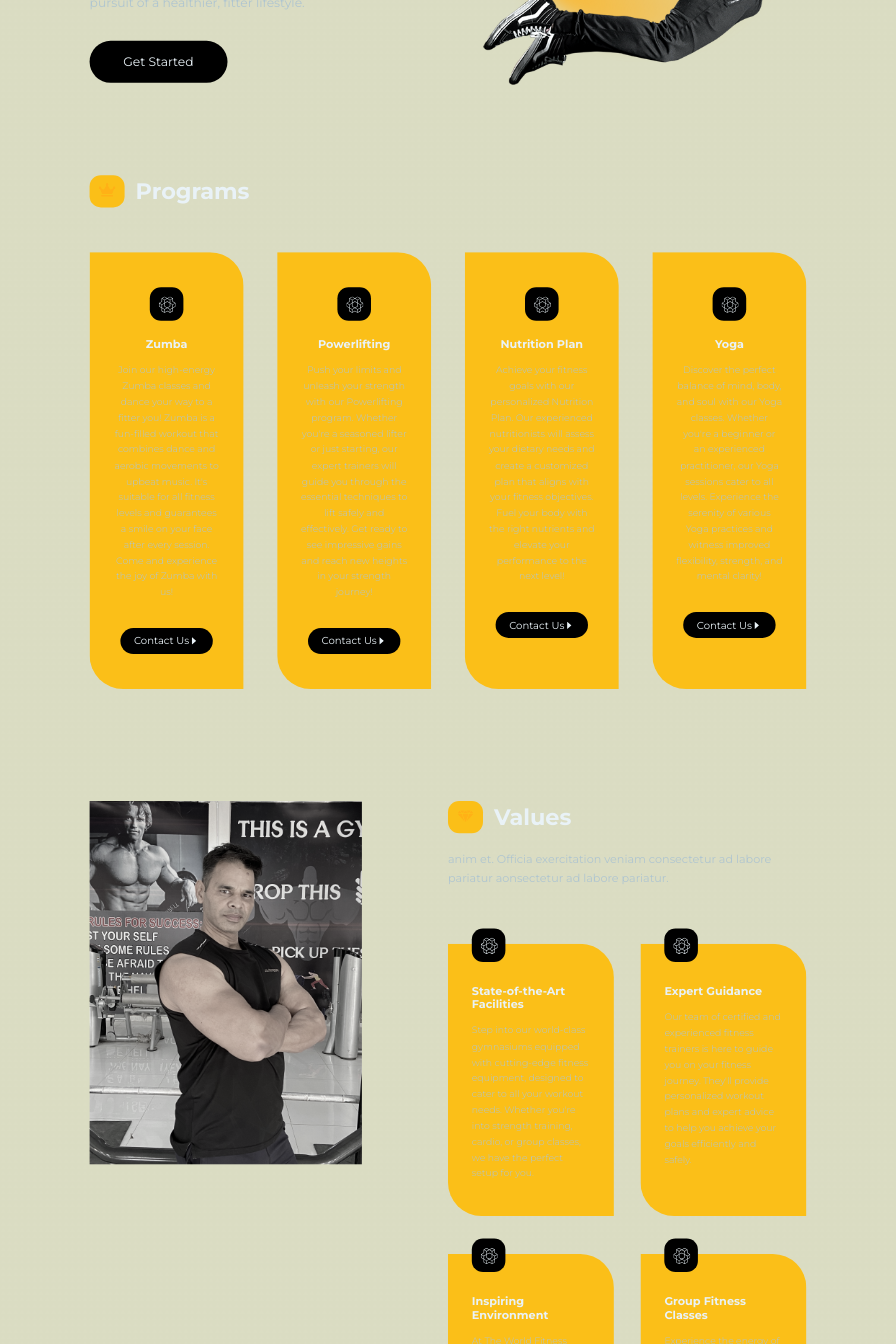
Repository: aryaMode/gym-portfolio
Page: /
An editor plug-in stored every save of this project. The page is shown before and after a run of saves, followed by the edit.
The browser window is 1280 px wide. The pictures show the part of the page from y = 526 to 2446 px (the page is 4873 px tall), at 70% of full size.
The project was rebuilt for these pictures with package versions that can differ from the ones it lists, and the page was loaded fresh each time. Also part of the build but not shown: src/pages/about/about.css, src/components/Header.jsx, src/pages/about/About.jsx, src/pages/contact/contact.css, src/pages/contact/Contact.jsx, src/pages/gallery/gallery.css, src/pages/gallery/Gallery.jsx, src/pages/notFound/notFound.css and 6 more.

Above is the page before, as saved 2023-07-20 17:45:18.

After the next 3 saves:
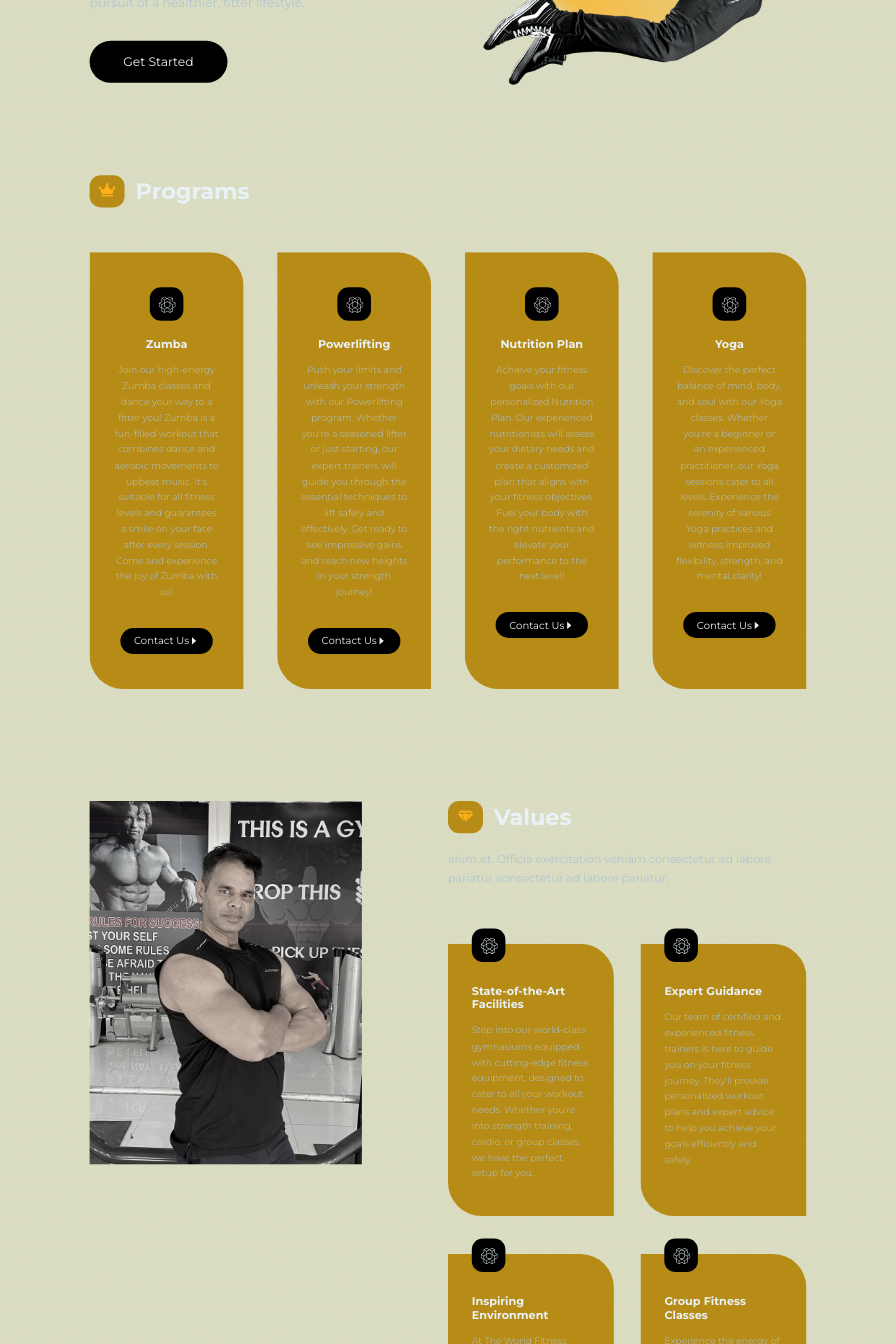
The 3 saves are shown as one change because they came seconds apart.
The last was saved 10 s later.
--- a/src/index.css
+++ b/src/index.css
@@ -21,7 +21,7 @@
     --color-gray-200: hsl(var(--gray-hue), 26%, 75%);
     --color-gray-300: hsl(var(--gray-hue), 24%, 64%);
     --color-gray-400: hsl(var(--gray-hue), 16%, 41%);
-    --color-gray-500: hsl(44, 97%, 54%);
+    --color-gray-500: hsl(44, 78%, 40%);
     --color-gray-600: hsl(var(--gray-hue), 48%, 15%);
 
     --container-width-lg: 80%;
